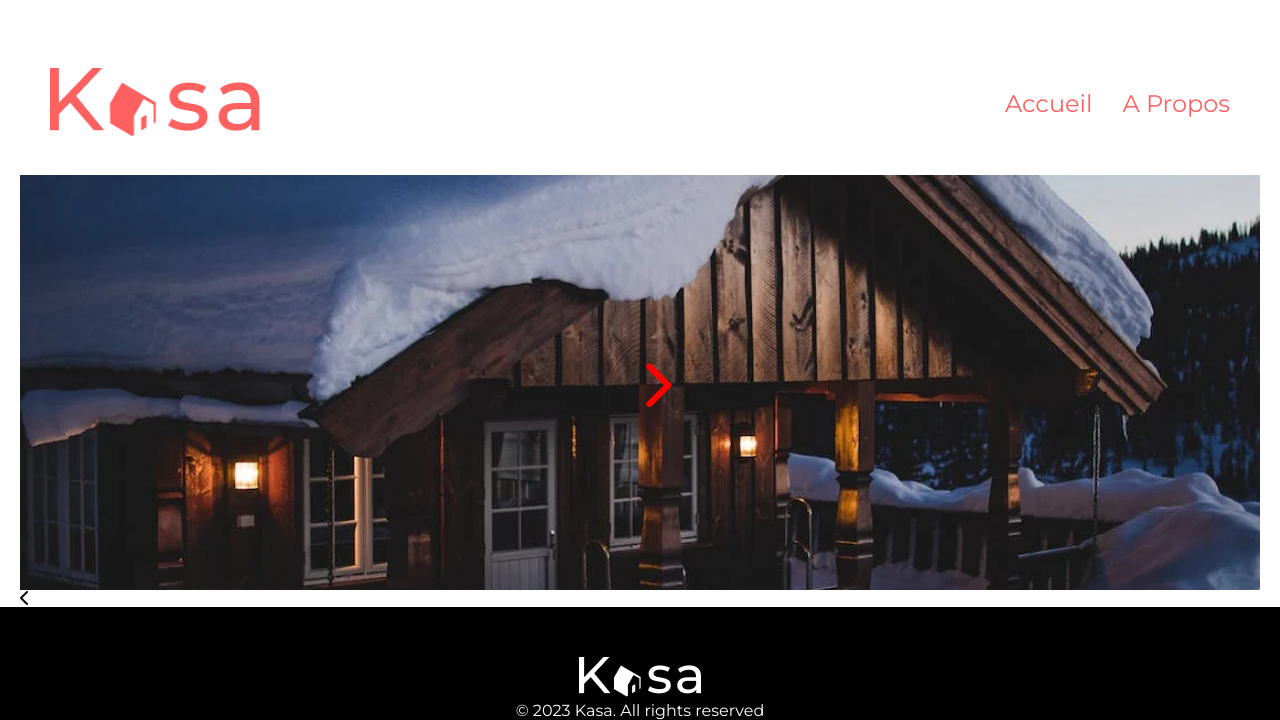
Repository: Ascaris29/Kasa_oc
Page: /essai (app in kasa_project/)
These files come from the project's save history. The page is drawn as it stood at one moment and after the next save; the edit follows.
The browser window is 1280 px wide. The pictures show the whole page.
Some web libraries are served in a nearby version. The project was rebuilt for these pictures with package versions that can differ from the ones it lists, and the page was loaded fresh each time. Also part of the build but not shown: kasa_project/src/pages/homepage/Homepage.module.scss, kasa_project/src/pages/homepage/components/CardLogement.module.scss, kasa_project/src/pages/homepage/components/CardLogement.js, kasa_project/src/pages/homepage/Homepage.js, kasa_project/src/pages/404/404.module.scss, kasa_project/src/pages/404/404.js, kasa_project/src/pages/a_propos/APropos.module.scss, kasa_project/src/pages/a_propos/components/CardDescription.module.scss and 6 more.

Above is the page before, as saved 2023-03-16 16:05:49.

After the next save:
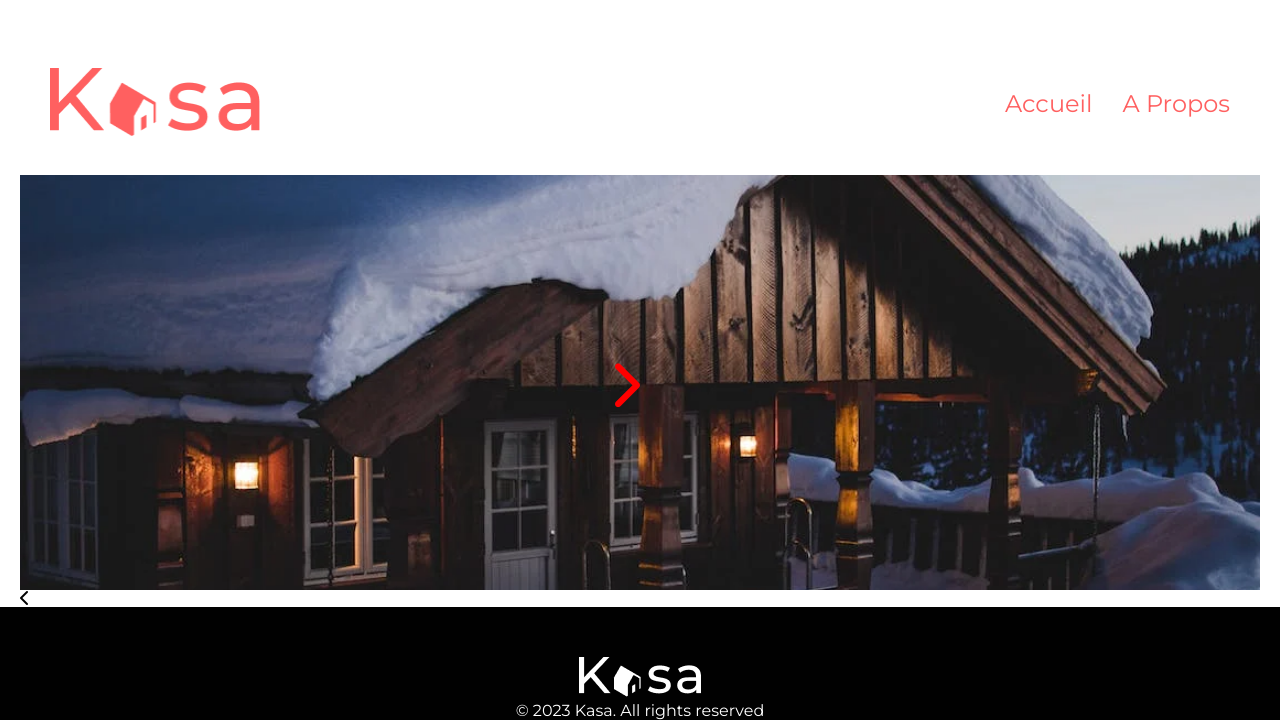
Saved 7 s later.
--- a/kasa_project/src/pages/logement/components/caroussel/Caroussel.module.scss
+++ b/kasa_project/src/pages/logement/components/caroussel/Caroussel.module.scss
@@ -13,7 +13,7 @@
     .chevronRight{
         position:absolute;
         top:50%;
-        left:50%;
+        right:50%;
         font-size:50px;
         color:red;
     }
